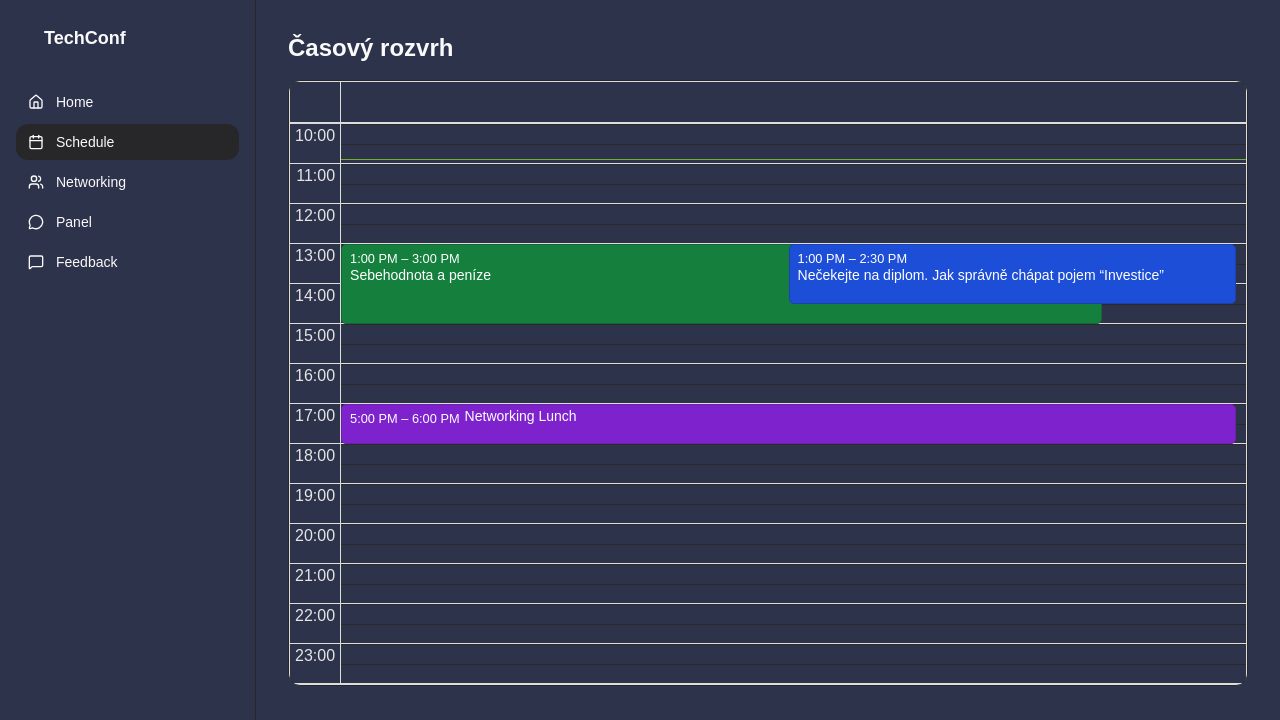
Repository: mrnavdal/symposium-2024
Page: /schedule (app in symposium24/)
An editor plug-in stored every save of this project. The page is shown before and after the next save, followed by the edit.
The browser window is 1280 px wide. The pictures show the whole page.
The project was rebuilt for these pictures with package versions that can differ from the ones it lists, and the page was loaded fresh each time. The framework's server and built-in components were replaced by stand-ins that run in the browser. Also part of the build but not shown: symposium24/next.config.js, symposium24/src/components/ui/dialog.tsx, symposium24/src/data/speakers.ts, symposium24/src/components/EventDialog.tsx.

Above is the page before, as saved 2024-11-08 15:35:51.

After the next save:
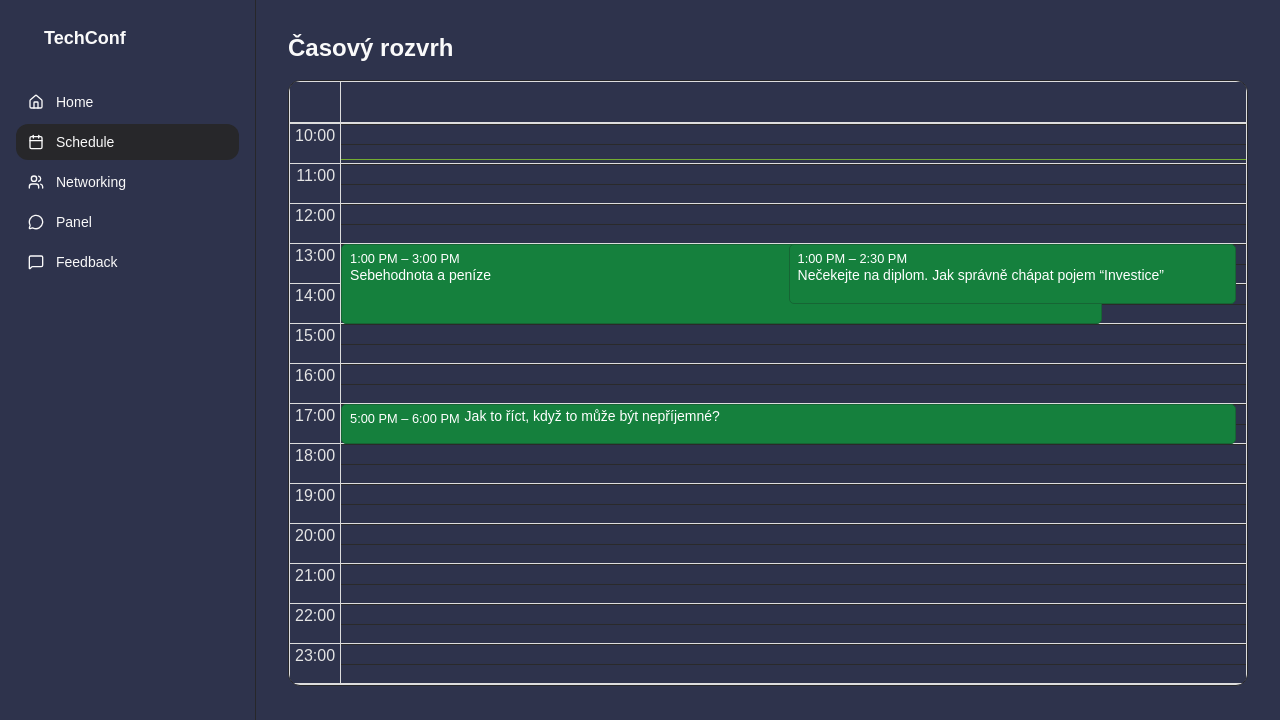
Saved 17 s later.
--- a/symposium24/src/data/events.ts
+++ b/symposium24/src/data/events.ts
@@ -4,7 +4,7 @@ export const events: CalendarEvent[] = [
   {
     id: '1',
     title: 'Nečekejte na diplom. Jak správně chápat pojem “Investice”',
-    type: 'lecture',
+    type: 'workshop',
     start: new Date(2024, 10, 8, 13, 0),
     end: new Date(2024, 10, 8, 14, 30),
     speaker: 'Jane Smith',
@@ -23,8 +23,8 @@ export const events: CalendarEvent[] = [
   },
   {
     id: '3',
-    title: 'Networking Lunch',
-    type: 'networking',
+    title: 'Jak to říct, když to může být nepříjemné?',
+    type: 'workshop',
     start: new Date(2024, 10, 8, 17, 0),
     end: new Date(2024, 10, 8, 18, 0),
     speaker: '',
